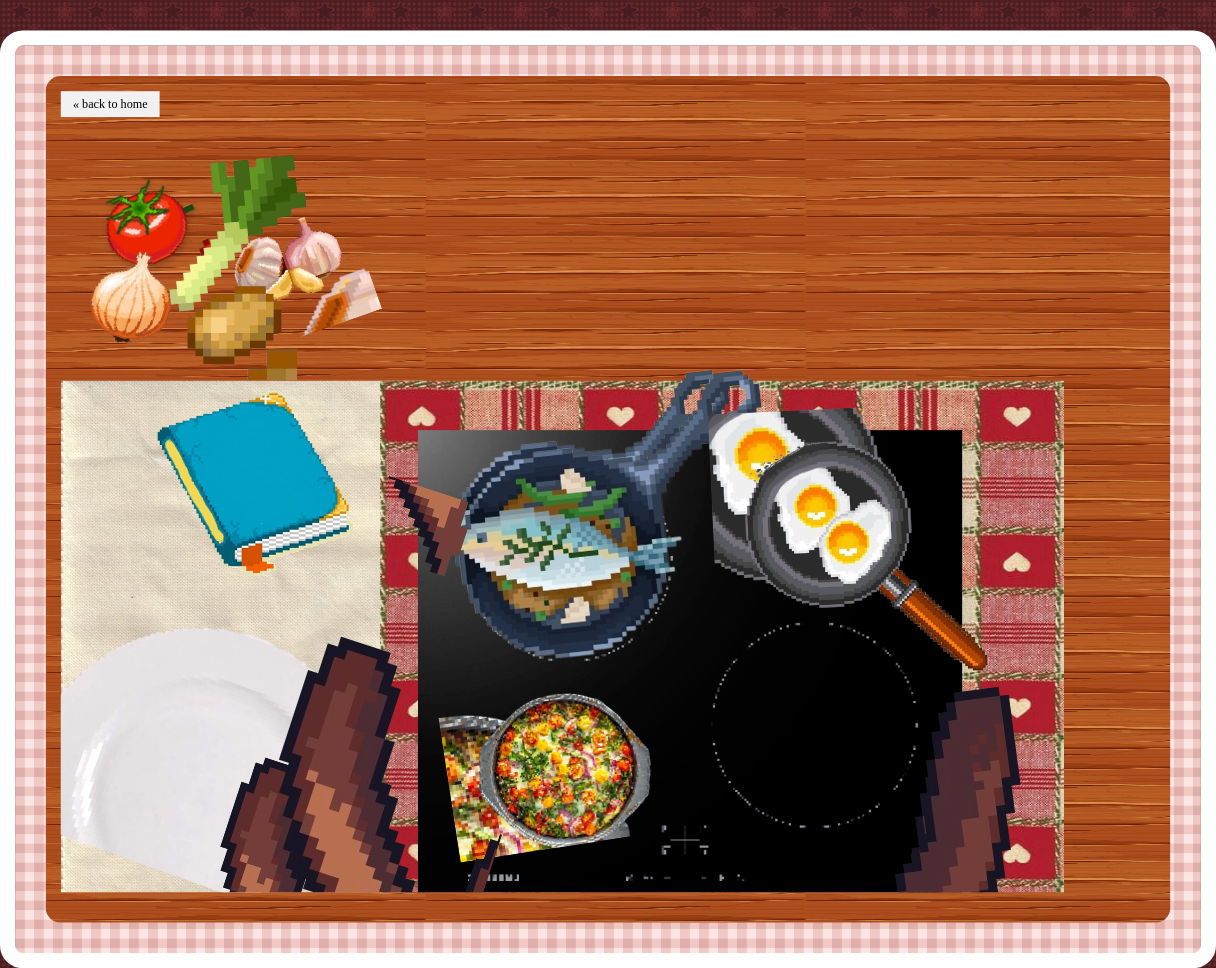
Repository: AJamdonuts/ToddyTalks
Page: playingaround2/pages/chefsujin.html
An editor plug-in stored every save of this project. The page is shown before and after the next save, followed by the edit.
The browser window is 1280 px wide. The page is 1600 px wide, so the pictures cover 1600 px, including what lies to the right of the window. The pictures show the whole page, at 76% of full size.

Above is the page before, as saved 2025-11-28 14:28:13.

### playingaround2/pages/chefsujin.html
<!DOCTYPE html>
<html>
<head>
    <meta charset="UTF-8">
    <meta name="viewport" content="width=device-width, initial-scale=1">
    <link href="/playingaround2/styles/chefsujin.css" rel="stylesheet">
    <script src="/playingaround2/javascript/chefsujin.js" defer></script>
    <title>Chef Sujin</title>
    <link rel="icon" type="image/x-icon" href="/playingaround2/images/favicon.ico">

</head>
<body>
    <div class="page-background">
        <div class="site-wrapper">
            <header>
                <a href="/playingaround2/pages/home.html" class="previous">&laquo; back to home</a>
            </header>

            <div class="section-divider">

            </div>
            <main>
                <div class="canvas">
                        <div class="canvas-content">
                            <img src="/playingaround2/images/b41e50d46e26e9463ce130b2da7a46aa.jpg" class="creamtexture">
                            <img src="/playingaround2/images/check table cloth.jpg" class="checktablecloth">
                            <img src="/playingaround2/images/pxArt-2.png" class="hob">
                            <a href="recipe_book.html" class="recipebook-link">
                                <img src="/playingaround2/images/pixil-frame-0-removebg-preview 1.png" class="recipebook">
                            </a>
                            <img src="/playingaround2/images/fishpan.png" class="fishpan">
                            <a href="brocolliyum.html" class="leek-link">
                                <img src="/playingaround2/images/leek-removebg-preview.png" class="leek">
                            </a>
                            <img src="/playingaround2/images/garlic-removebg-preview.png" class="garlic">
                            <img src="/playingaround2/images/d95fa1e62c663504736614e026fc4862-removebg-preview.png" class="potato">
                            <img src="/playingaround2/images/pixil-frame-0-removebg-preview.png" class="eggpan" >
                            <img src="/playingaround2/images/pxArt-2-removebg-preview.png" class="vegpan">
                            <a href="plateup.html" class="plate">
                                <img src="/playingaround2/images/pxArt-removebg-preview.png" class="plate">
                            </a>
                            <img src="/playingaround2/images/tomato-removebg-preview.png" class="tomato">
                            <img src="/playingaround2/images/onion-removebg-preview.png" class="onion">
                            <img src="/playingaround2/images/IMG_0236_2-removebg-preview.png" class="beararm1" >
                            <img src="/playingaround2/images/IMG_0236-removebg-preview.png" class="beararm2" >
                        </div>
                </div>
            </main>

            <footer>
                <div class="footer-content">
                </div>
            </footer>

        </div> <!-- .site-wrapper -->
    </div> <!-- .page-background -->



</body>
</html>

### playingaround2/styles/chefsujin.css

html, body {
    background-image: url('/playingaround2/images/backgrounds/stars.png');
    background-repeat: repeat; /* repeat the image */
    background-size: 100px 100px; /* set width and height for each tile */
    background-position: top left; /* start tiling from top-left */
    background-attachment: scroll; /* moves with page */
    background-color: #ffffff; /* fallback color */
    width: 100%;
    height: 100%;
    margin: 0;
    padding: 0;
}

.page-background {                  /* smaller than body */
    margin: 40px auto;
    width: fit-content;         /* centered on page */

    background: url('/playingaround2/images/backgrounds/gingham06.png');
    background-size: 25px 25px;

    padding: 40px;                /* IMPORTANT – creates space inside border */
    border: 20px solid #ffffff;   /* your thick frame */
    border-radius: 30px;
}


.site-wrapper {
    max-width: 1440px;
    margin: 0 auto;
    border-radius: 20px;
    padding: 20px;
    background: url('/playingaround2/images/kitchencounter.jpg');
    background-repeat: repeat;       /* ← makes it tile */
    background-size: 500px 100px;    /* ← original size for each tile */
}


main {
    flex-grow: 1;
    position: relative;
    text-align: center;
    margin: 20px auto;              /* space around the box */
    width: 100%;
}


.canvas {

    position: relative;          /* instead of absolute */
    width: 1440px;
    height: 1000px;
    margin: 0 auto;              /* centers the canvas */
    overflow: hidden;
    transform: none !important;  /* stop the translate(-50%, -50%) */
}

.canvas-content {
    position: absolute; /* keep this, it's correct */
    left: 0;
    top: 0;
}



.tomato {
    position: absolute;
    width: 133.75px;
    height: 133.75px;
    left: 45.02px;
    top: 55.06px;
    background: url(tomato-removebg-preview.png);
    filter: drop-shadow(0px 4px 4px rgba(0, 0, 0, 0.25));
    border-radius: 4px;
    transform: rotate(-24.58deg);
}

.potato {
    position: absolute;
    width: 165px;
    height: 165px;
    left: 146px;
    top: 161px;
    background: url(d95fa1e62c663504736614e026fc4862-removebg-preview.png);
}


.leek-link {
    position: absolute;
    left: 90px;
    top: 2%;
    cursor: pointer;
    z-index: 100;
    display: inline-block;
    background: transparent !important;
}

.leek-link:hover .leek {
    transform: scale(1.03);
    filter: drop-shadow(0 0 10px rgba(255, 255, 0, 0.9))
            drop-shadow(0 0 20px rgba(255, 255, 0, 0.6));
}


.leek-link::after {
    content: "Cook Food?"; /* The text that appears on hover */
    position: absolute;
    bottom: 50%; /* Places it just above the link */
    left: 50%;
    transform: translateX(-50%) translateY(-0px); /* Center it and add slight offset */
    background-color: rgba(0, 0, 0, 0.7); /* Dark background for readability */
    color: white;
    border-radius: 5px;
    white-space: nowrap; /* Keep text on one line */

    opacity: 0; /* Hidden by default */
    visibility: hidden; /* Hidden by default */
    transition: opacity 0.3s ease-out, transform 0.3s ease-out, visibility 0.3s;

    /* Ensure text is above everything else */
    z-index: 200;
}

.leek-link:hover::after {
    opacity: 1; /* Make visible on hover */
    visibility: visible; /* Make visible on hover */
    transform: translateX(-50%) translateY(0); /* Move into final position */
}

.leek {
    width: 250px;   /* Set the exact width you want */
    height: auto;   /* maintain aspect ratio */
    pointer-events: none;
    transform: rotate(-5.62deg);
}




.garlic {
    position: absolute;
    width: 194.8px;
    height: 194.8px;
    left: 200.62px;
    top: 74.87px;
    background: url(garlic-removebg-preview.png);
    transform: rotate(-19.27deg);
}

.onion {
    position: absolute;
    width: 126.18px;
    height: 144.28px;
    left: 32px;
    top: 145.3px;
    background: url(onion-removebg-preview.png);
    transform: rotate(17.63deg);
    }



.recipebook-link {
    position: absolute;
    width: 300px;
    height: 300px;
    left: 90px;
    top: 302px;
    cursor: pointer;
    overflow: visible;
    z-index: 100;
    background: transparent !important;
}

.recipebook-link:hover .recipebook {
    transform: scale(1.03);
    filter: drop-shadow(0 0 10px rgba(255, 255, 0, 0.9))
            drop-shadow(0 0 20px rgba(255, 255, 0, 0.6));
}


.recipebook-link::after {
    content: "Open Recipe Book"; /* The text that appears on hover */
    position: absolute;
    bottom: 50%; /* Places it just above the link */
    left: 50%;
    transform: translateX(-50%) translateY(-0px); /* Center it and add slight offset */
    background-color: rgba(0, 0, 0, 0.7); /* Dark background for readability */
    color: white;
    border-radius: 5px;
    white-space: nowrap; /* Keep text on one line */

    opacity: 0; /* Hidden by default */
    visibility: hidden; /* Hidden by default */
    transition: opacity 0.3s ease-out, transform 0.3s ease-out, visibility 0.3s;

    /* Ensure text is above everything else */
    z-index: 200;
}

.recipebook-link:hover::after {
    opacity: 1; /* Make visible on hover */
    visibility: visible; /* Make visible on hover */
    transform: translateX(-50%) translateY(0); /* Move into final position */
}
.recipebook {
    width: auto;
    height: 100%;
    pointer-events: none; /* optional */
    object-fit: contain;
}

.plate {
    position: absolute;
    width: 334.76px;
    height: 332.75px;
    left: -40px;
    top: 616px;
    background: url(pxArt-removebg-preview.png);
    transform: rotate(19.64deg);
}

.beararm1 {
    position: absolute;
    width: 448.49px;
    height: 883.17px;
    left: 132px;
    top: 450px;
    background: url(IMG_0236_2-removebg-preview.png);
    transform: matrix(0.95, 0.31, 0.31, -0.95, 0, 0);
}

.beararm2 {
    position: absolute;
    width: 348.8px;
    height: 764.5px;
    left: 1000px;
    top: 500px;
    background: url(IMG_0236-removebg-preview.png);
    transform: matrix(0.99, -0.13, -0.13, -0.99, 0, 0);
}

.fishpan {
    position: absolute;
    width: 546.95px;
    height: 546.95px;
    left: 460px;
    top: 280px;
    background: url(fishpan.png);
    transform: rotate(-6.22deg);
}

.eggpan {
    position: absolute;
    width: 396px;
    height: 396px;
    left: 860px;
    top: 362.44px;
    background: url(pixil-frame-0-removebg-preview.png);
    transform: rotate(177.33deg);
}

.vegpan {
    position: absolute;
    width: 207px;
    height: 310px;
    left: 560px;
    top: 680px;
    background: url(pxArt-2-removebg-preview.png);
    transform: rotate(81.24deg);
}

.hob {
    position: absolute;
    width: 716px;
    height: 632px;
    left: 470px;
    top: 392px;
    background: url(pxArt-2.png);
}

.creamtexture {
    position: absolute;
    width: 476px;
    height: 696px;
    left: 0px;
    bottom:0px;
    top: 327px;
    background: url(b41e50d46e26e9463ce130b2da7a46aa.jpg);
}

.checktablecloth {
    position: absolute;
    width: 900px;
    height: 697px;
    bottom: 0px;
    top: 327px;
    left: 420px;
}

a {
  text-decoration: none;
  display: inline-block;
  padding: 8px 16px;
}

a:hover {
  background-color: #ddd;
  color: black;
}

.previous {
  background-color: #f1f1f1;
  color: black;
}

### playingaround2/javascript/chefsujin.js
function calculateScaleFactor() {
    const DESIGN_WIDTH = 400;
    const DESIGN_HEIGHT = 500;
    const MIN_SCALE =0.;

    const viewportWidth = window.innerWidth;
    const viewportHeight = window.innerHeight;

    const widthScale = viewportWidth / DESIGN_WIDTH;
    const heightScale = viewportHeight / DESIGN_HEIGHT;

    const scaleFactor = Math.min(widthScale, heightScale, 1); // never scale above 1
    const finalScale = Math.max(scaleFactor, MIN_SCALE);      // never scale below MIN_SCALE

    const canvas = document.querySelector('.canvas');
    if (canvas) {
        canvas.style.setProperty('--scale-factor', finalScale);
    }
}

window.addEventListener('resize', calculateScaleFactor);
document.addEventListener('DOMContentLoaded', calculateScaleFactor);

After the next save:
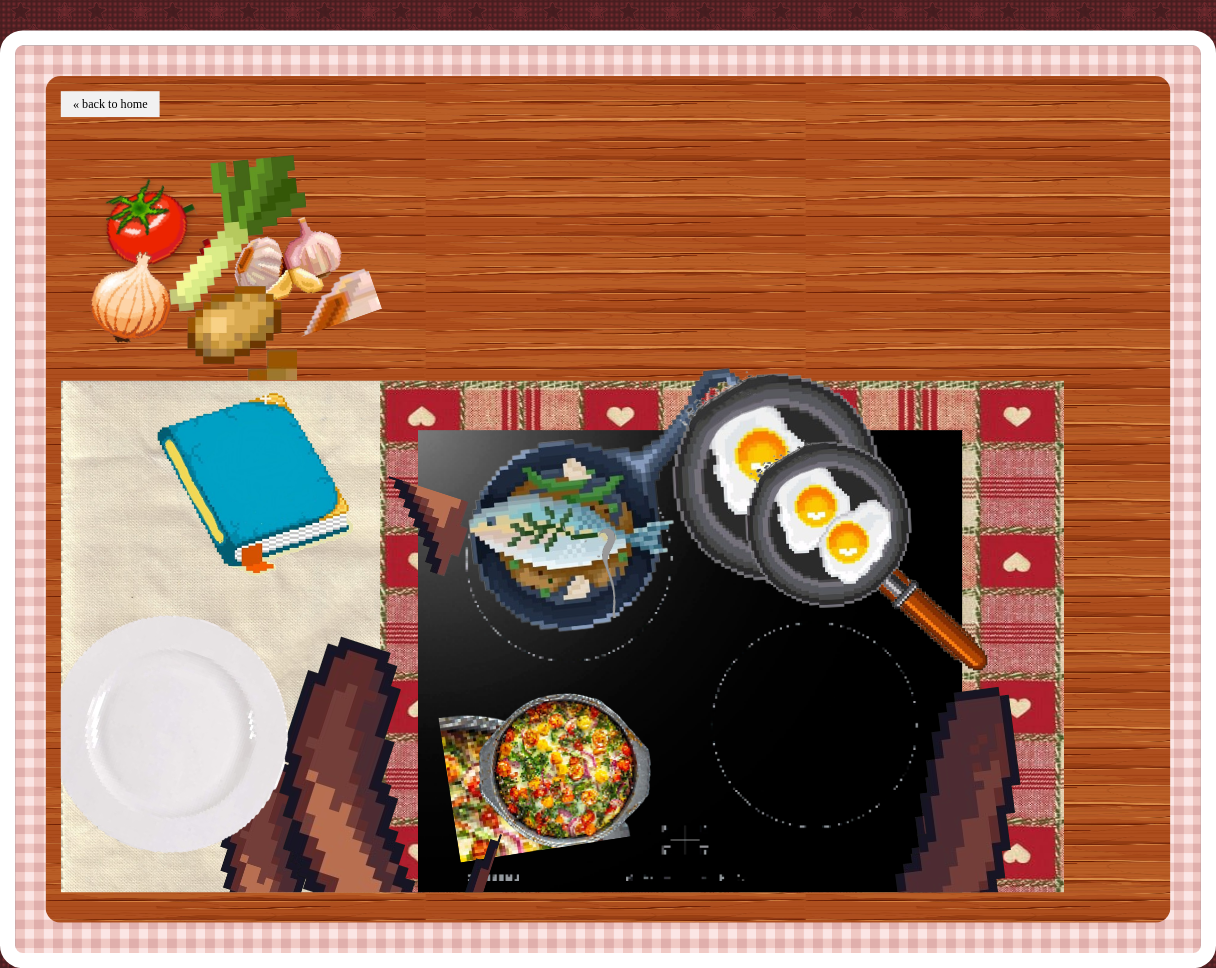
Saved 7 h 33 min later.
--- a/playingaround2/pages/chefsujin.html
+++ b/playingaround2/pages/chefsujin.html
@@ -28,7 +28,13 @@
                             <a href="recipe_book.html" class="recipebook-link">
                                 <img src="/playingaround2/images/pixil-frame-0-removebg-preview 1.png" class="recipebook">
                             </a>
-                            <img src="/playingaround2/images/fishpan.png" class="fishpan">
+                            <div class="fishpan">
+                                <img src="/playingaround2/images/fishpan.png" alt="">
+                            </div>
+                            <div class="eggpan">
+                                <img src="/playingaround2/images/pixil-frame-0-removebg-preview.png" alt="">
+                            </div>
+
                             <a href="brocolliyum.html" class="leek-link">
                                 <img src="/playingaround2/images/leek-removebg-preview.png" class="leek">
                             </a>
@@ -36,7 +42,7 @@
                             <img src="/playingaround2/images/d95fa1e62c663504736614e026fc4862-removebg-preview.png" class="potato">
                             <img src="/playingaround2/images/pixil-frame-0-removebg-preview.png" class="eggpan" >
                             <img src="/playingaround2/images/pxArt-2-removebg-preview.png" class="vegpan">
-                            <a href="plateup.html" class="plate">
+                            <a href="plateup.html" class="plate-link">
                                 <img src="/playingaround2/images/pxArt-removebg-preview.png" class="plate">
                             </a>
                             <img src="/playingaround2/images/tomato-removebg-preview.png" class="tomato">
@@ -44,7 +50,7 @@
                             <img src="/playingaround2/images/IMG_0236_2-removebg-preview.png" class="beararm1" >
                             <img src="/playingaround2/images/IMG_0236-removebg-preview.png" class="beararm2" >
                         </div>
-                </div>
+
             </main>
 
             <footer>
--- a/playingaround2/styles/chefsujin.css
+++ b/playingaround2/styles/chefsujin.css
@@ -209,15 +209,55 @@ main {
     object-fit: contain;
 }
 
+
+.plate-link {
+    position: absolute;
+    left: -40px;   /* horizontal */
+    top: 616px;    /* vertical */
+    cursor: pointer;
+    z-index: 100;
+    display: inline-block;
+    background: transparent !important;
+}
+
 .plate {
-    position: absolute;
-    width: 334.76px;
-    height: 332.75px;
-    left: -40px;
-    top: 616px;
-    background: url(pxArt-removebg-preview.png);
+    width: 334.76px; /* natural width */
+    height: auto;    /* maintain aspect ratio */
     transform: rotate(19.64deg);
-}
+    pointer-events: none;
+    display: block;
+    transition: transform 0.3s ease-out, filter 0.3s ease-out;
+}
+
+.plate-link:hover .plate {
+    transform: rotate(19.64deg) scale(1.03); /* scale while keeping rotation */
+    filter: drop-shadow(0 0 10px rgba(255, 255, 0, 0.9))
+            drop-shadow(0 0 20px rgba(255, 255, 0, 0.6));
+}
+
+.plate-link::after {
+    content: "Plate up 😋"; /* tooltip */
+    position: absolute;
+    bottom: calc(100% - 2px); /* right above the plate */
+    left: 50%;
+    transform: translateX(-50%);
+    background-color: rgba(0, 0, 0, 0.7);
+    color: white;
+    padding: 3px 6px;
+    border-radius: 5px;
+    white-space: nowrap;
+    opacity: 0;
+    visibility: hidden;
+    transition: opacity 0.3s ease-out, transform 0.3s ease-out, visibility 0.3s;
+    z-index: 200;
+}
+
+.plate-link:hover::after {
+    opacity: 1;
+    visibility: visible;
+    transform: translateX(-50%) translateY(-5px);
+}
+
 
 .beararm1 {
     position: absolute;
@@ -245,9 +285,22 @@ main {
     height: 546.95px;
     left: 460px;
     top: 280px;
-    background: url(fishpan.png);
     transform: rotate(-6.22deg);
 }
+
+.fishpan::after {
+    content: "";
+    position: absolute;
+    top: 50%;
+    left: 50%;
+    width: 300px;
+    height: 300px;
+    background: url("/playingaround2/images/steam-unscreen.gif") center/contain no-repeat;
+    transform: translate(-50%, -50%);
+    pointer-events: none;
+    z-index: 2000;
+}
+
 
 .eggpan {
     position: absolute;
@@ -255,9 +308,29 @@ main {
     height: 396px;
     left: 860px;
     top: 362.44px;
-    background: url(pixil-frame-0-removebg-preview.png);
     transform: rotate(177.33deg);
 }
+
+.eggpan::after {
+    content: "";
+    position: absolute;
+    top: 50%;
+    left: 50%;
+    width: 250px;
+    height: 250px;
+    background: url("/playingaround2/images/steam-unscreen.gif") center/contain no-repeat;
+    transform: translate(-50%, -50%);
+    pointer-events: none;
+    z-index: 2000;
+}
+
+
+.fishpan,
+.eggpan {
+    position: absolute;
+    display: block;
+}
+
 
 .vegpan {
     position: absolute;
